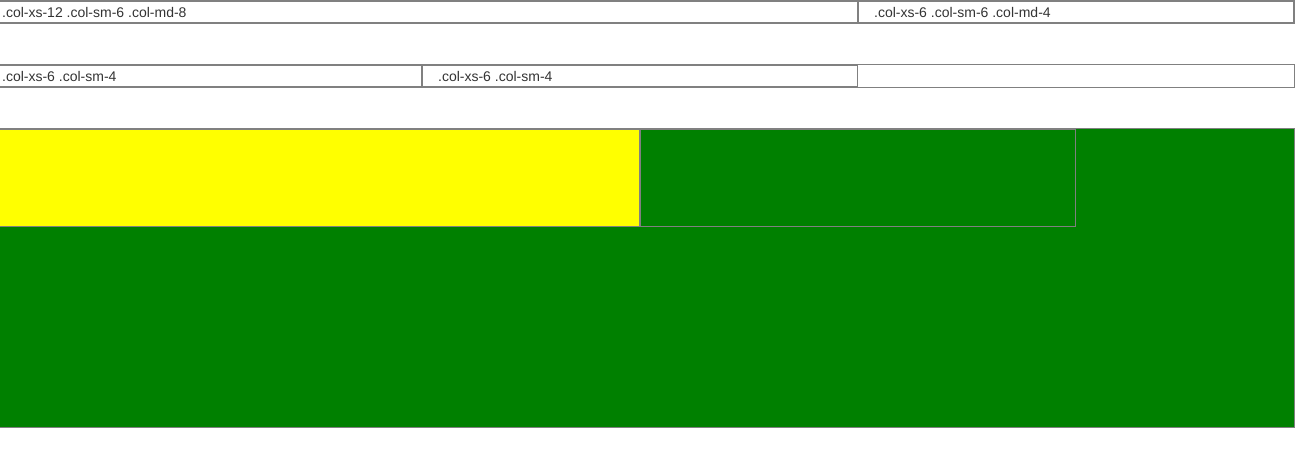
Repository: yhj4130/BootstrapStudy
Page: BootstrapWork/WebContent/BootEx07.html
The author's editor kept a copy of each file at every save. The page is drawn from the files as they stood at one save, then again after the next save.
The browser window is 1280 px wide. The page is 1295 px wide, so the pictures cover 1295 px, including what lies to the right of the window. The pictures show the whole page.

Above is the page before, as saved 2019-06-12 05:02:38.

After the next save:
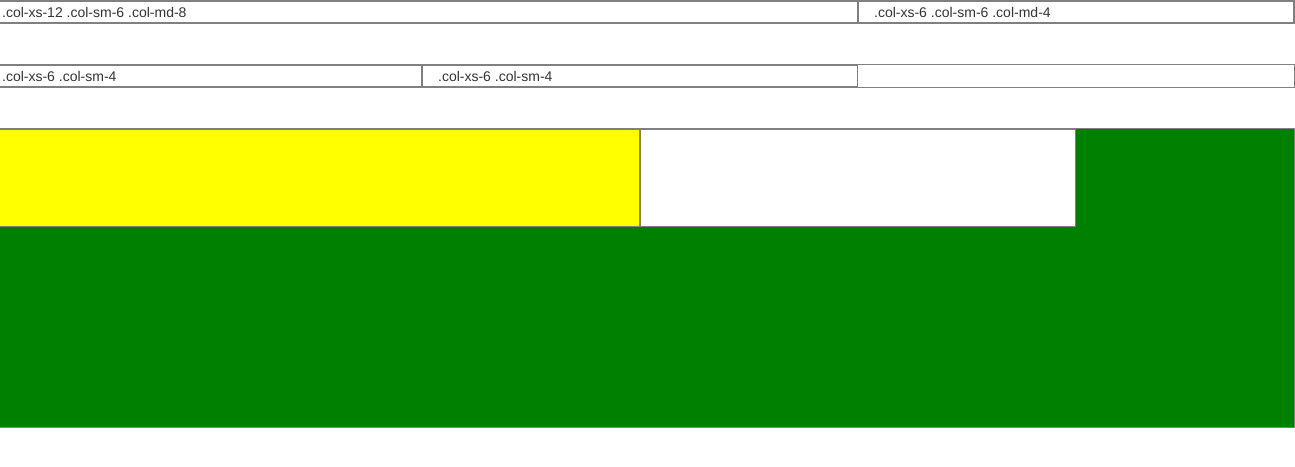
Saved 6 s later.
--- a/BootstrapWork/WebContent/BootEx07.html
+++ b/BootstrapWork/WebContent/BootEx07.html
@@ -40,7 +40,7 @@
 
 <div class="row" style="height: 300px; background-color: green;">
 	<div class="col-xs-4 col-sm-12 col-md-6" style="height: 98px; background-color: yellow;"></div>
-	<div class="col-xs-4 col-sm-12 col-md-4" style="height: 98px; background-color: "></div>
+	<div class="col-xs-4 col-sm-12 col-md-4" style="height: 98px; background-color: white;"></div>
 </div>
 
 </body>
